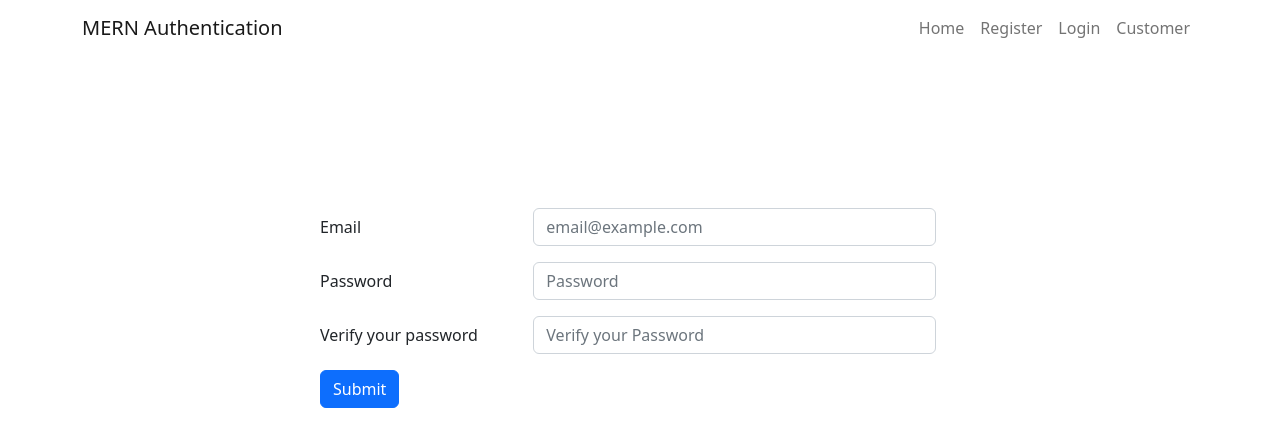
Repository: RubaHusam/MERN-Auth
Page: /register (app in frontend/)
These files come from the project's save history. The page is drawn as it stood at one moment and after the next save; the edit follows.
The browser window is 1280 px wide. The pictures show the whole page.
The project was rebuilt for these pictures with package versions that can differ from the ones it lists, and the page was loaded fresh each time.

Above is the page before, as saved 2023-01-27 19:14:50.

After the next save:
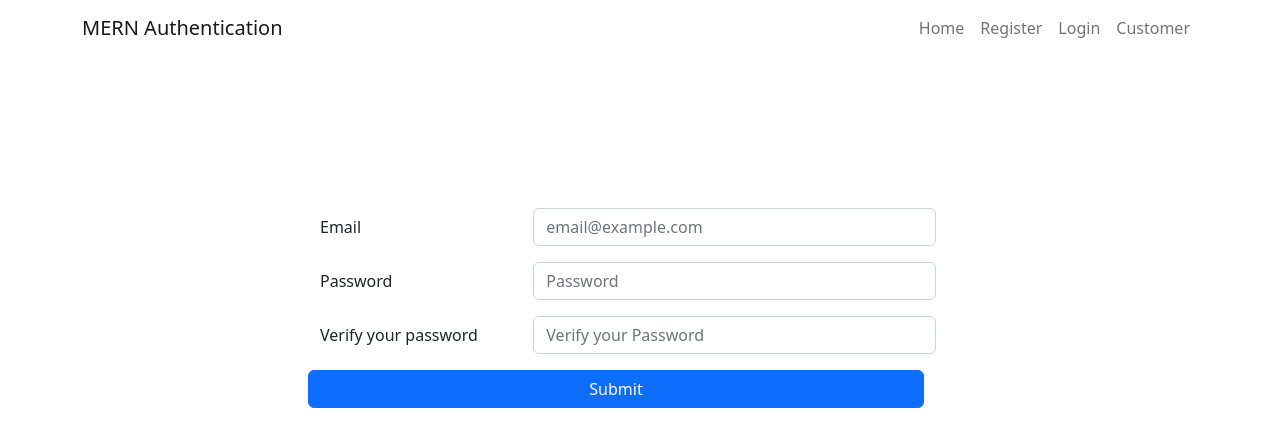
Saved 107 s later.
--- a/frontend/src/components/Auth/Register.js
+++ b/frontend/src/components/Auth/Register.js
@@ -66,12 +66,12 @@ export default function Register() {
             />
           </Col>
         </Form.Group>
-        <Button
-          variant='primary'
-          type='submit'
-         >
-          Submit
-        </Button>
+        <Row
+          style={{ width: '100%', display: 'flex', justifyContent: 'right' }}>
+          <Button variant='primary' type='submit'>
+            Submit
+          </Button>
+        </Row>
       </Form>
     </Row>
   );
